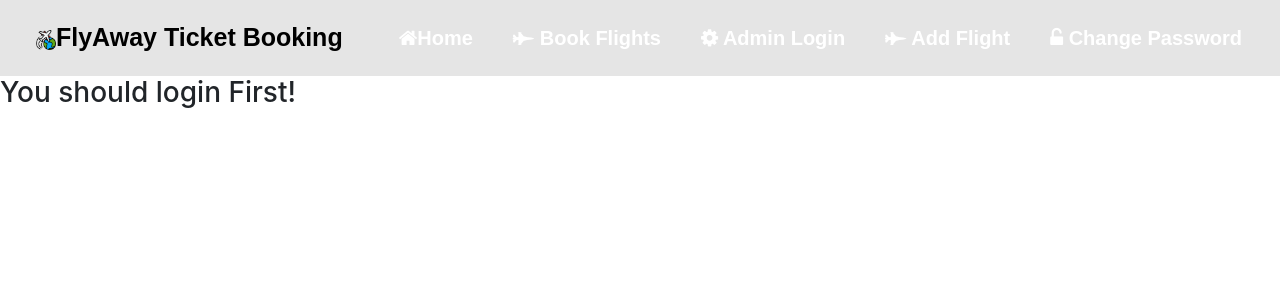
Repository: sayrabano/Phase2-project
Page: http://localhost/FlyAway/adminDashboard.jsp
These files come from the project's save history. The page is drawn as it stood at one moment and after the next save; the edit follows.
The browser window is 1280 px wide. The pictures show the whole page.
Some web fonts or font styles are not loaded; a fallback is used. The page is served by Tomcat 9. Other server files are loaded and not shown.

Above is the page before, as saved 2021-09-26 12:56:39.

### FlyAway/src/main/webapp/adminDashboard.jsp
<%@ page language="java" contentType="text/html; charset=ISO-8859-1"
	pageEncoding="ISO-8859-1"%>
<%@page import="java.sql.*"%>
<%@page import=" com.flyaway.LogIn"%>

<%
String driverName = "com.mysql.cj.jdbc.Driver";
String Url = "jdbc:mysql://localhost:3306/flyaway";

String userId = "root";
String password = "say123";

try {
	Class.forName(driverName);
} catch (ClassNotFoundException e) {
	e.printStackTrace();
}
Connection connection = null;
Statement statement = null;
ResultSet resultSet = null;
%>

<!DOCTYPE html>
<html>
<head>
<meta charset="ISO-8859-1">
<title>FlyAway</title>
<%@include file="allcss.jsp" %>
<link rel="stylesheet" href="CSS/style7.css" />
<style>
</style>
</head>

<body>

	<nav class="navbar navbar-expand-lg navbar-light bg-custom" id="navbar">





		<a class="navbar-brand" id="tag"><img src="Images/travel.png" class="img-fluid"  width="20px">FlyAway Ticket Booking</a>


		<div class="collapse navbar-collapse" id="navbarSupportedContent">
			<ul class="navbar-nav mr-auto">
				<li class="nav-item"><a class="nav-link" href="Home.jsp"> <i
						class="fa fa-home" aria-hidden="true"></i>Home
				</a></li>

				<li class="nav-item"><a class="nav-link"
					href="option-flightsearch.jsp"><i class="fa fa-fighter-jet"></i>
						Book Flights </a></li>
				<li class="nav-item"><a href="Login.jsp" class="nav-link"><i
						class="fa fa-gear"></i> Admin Login</a></li>
						<li class="nav-item"><a href="#" class="nav-link">
						<i class="fa fa-fighter-jet"></i> Add Flight</a></li>


						<li class="nav-item"><a href="Changepassword.jsp" class="nav-link">
						<i class="fa fa-unlock-alt" aria-hidden="true"></i> Change Password</a></li>





			</ul>



		</div>

	</nav>

<%if(LogIn.isLoggedin) {

%>
	<div>
		<h2>Welcome To Admin DashBoard</h2>
		<p style="text-align:center;"> LoggedIn as :- Username is : <%=LogIn.username %> and
		Password is : <%=LogIn.password %>
</p>

	<br><br>

	</div>
	<div class="row" align="center">
	<
        <div class="col-lg-3 col-md-4col-sm-6 mb-4">
            <form action="LogOut" method="get">
           <button type="submit" class="btn btn-primary btn">Logout</button>
		</form>
        </div>

        </div>
        </div>
         <br><br><br><br><br><br>
               <center><h2>List of Flight</h2></center><br>

				<table class="table table-bodered table striped" align="center">
					<thead class="thead">
						<tr>
							<th scope="col">Flight ID</th>
							<th scope="col">Flight Name</th>
							<th scope="col">Origin</th>
							<th scope="col">Destination</th>
							<th scope="col">Date</th>
							<th scope="col">Day</th>
							<th scope="col">Ticket Price</th>
						</tr>
					</thead>
					<tbody class="tbody">


						<%
						try {
							connection = DriverManager.getConnection(Url, userId, password);
							statement = connection.createStatement();
							String sql = "SELECT * FROM flight_list";
							resultSet = statement.executeQuery(sql);
							while (resultSet.next()) {
						%>
						<tr>
							<td><%=resultSet.getString("Id")%></td>
							<td><%=resultSet.getString("Flight")%></td>
							<td><%=resultSet.getString("Origin")%></td>
							<td><%=resultSet.getString("Destination")%></td>
							<td><%=resultSet.getString("Day")%></td>
							<td><%=resultSet.getString("Date")%></td>
							<td><%=resultSet.getString("Ticket_Price")%></td>
						</tr>
						<%
						}
						} catch (Exception e) {
						e.printStackTrace();
						}
}

else{
	out.print("<h3>You should login First!</h3>");
}
						%>
					</tbody>
				</table>

</body>
</html>

### FlyAway/src/main/webapp/allcss.jsp



	<!-- Required meta tags -->
<meta charset="utf-8">
<meta name="viewport"
	content="width=device-width, initial-scale=1, shrink-to-fit=no">

<link rel="stylesheet"
	href="https://cdnjs.cloudflare.com/ajax/libs/font-awesome/4.7.0/css/font-awesome.min.css">
<!-- Required meta tags -->
<meta charset="utf-8">
<meta name="viewport"
	content="width=device-width, initial-scale=1, shrink-to-fit=no">

<!-- Bootstrap CSS -->
<link rel="stylesheet"
	href="https://maxcdn.bootstrapcdn.com/bootstrap/4.0.0/css/bootstrap.min.css"
	integrity="sha384-Gn5384xqQ1aoWXA+058RXPxPg6fy4IWvTNh0E263XmFcJlSAwiGgFAW/dAiS6JXm"
	crossorigin="anonymous">
<link rel="stylesheet"
	href="https://cdnjs.cloudflare.com/ajax/libs/font-awesome/4.7.0/css/font-awesome.min.css">
<link
	href="https://fonts.googleapis.com/css2?family=Baloo+Bhai+2:wght@500&display=swap"
	rel="stylesheet">
<link
	href="https://fonts.googleapis.com/css2?family=Ubuntu:ital,wght@1,700&display=swap"
	rel="stylesheet">

### FlyAway/src/main/webapp/CSS/style7.css
@charset "ISO-8859-1";
@charset "ISO-8859-1";

#navbar{
background-color:rgba(0,0,0,.1) ;
font-family:'Ubuntu', sans-serif;

}


#navbar ul li a{
	color:white;

	font-size:20px;
	font-weight:bold;
	padding:15px 20px;

}
#navbar ul li a:hover{
	color:black;
	background-color:white;
	border-radius:18px;


}


#tag{
	font-size:25px;
 color:black;
 font-weight:bold;


	float:right;
	padding: 10px 20px;

}
#gear{
	margin:2px;
	padding:10px;



}
#gear a:hover{



	background-color:white;


}
h2{
	text-align:center;
	font-family:'Ubuntu', sans-serif;
}
.btn{
	color:black;
	padding-left:10rem;
	padding-right:6rem;
	margin-top: 15px;

   background-color:#b0bec5;
	font-family:'Ubuntu', sans-serif;
	float:right;
    display:flex;


}
.thead{
	background-color:#000000;
	font-family:'Ubuntu', sans-serif;
	color:white;
}
.tbody{
	background-color:#b0bec5;
	font-family:'Ubuntu', sans-serif;
}

After the next save:
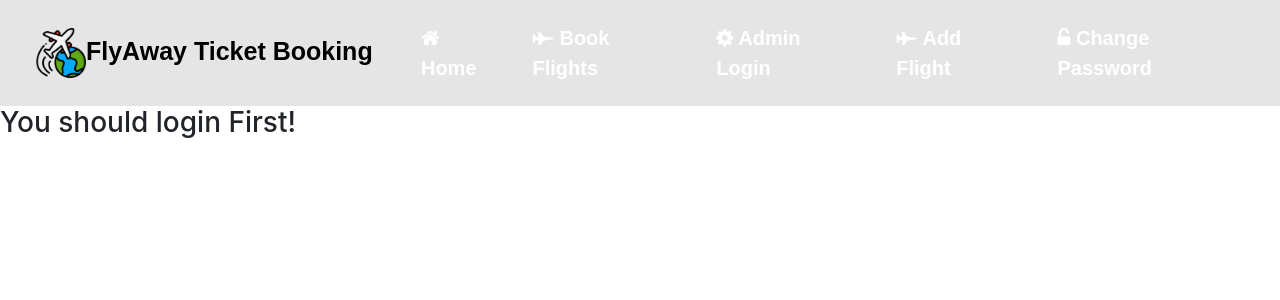
Saved 12 s later.
--- a/FlyAway/src/main/webapp/adminDashboard.jsp
+++ b/FlyAway/src/main/webapp/adminDashboard.jsp
@@ -39,7 +39,7 @@ ResultSet resultSet = null;
 
 
 
-		<a class="navbar-brand" id="tag"><img src="Images/travel.png" class="img-fluid"  width="20px">FlyAway Ticket Booking</a>
+		<a class="navbar-brand" id="tag"><img src="Images/travel.png" class="img-fluid"  width="50px">FlyAway Ticket Booking</a>
 
 
 		<div class="collapse navbar-collapse" id="navbarSupportedContent">
